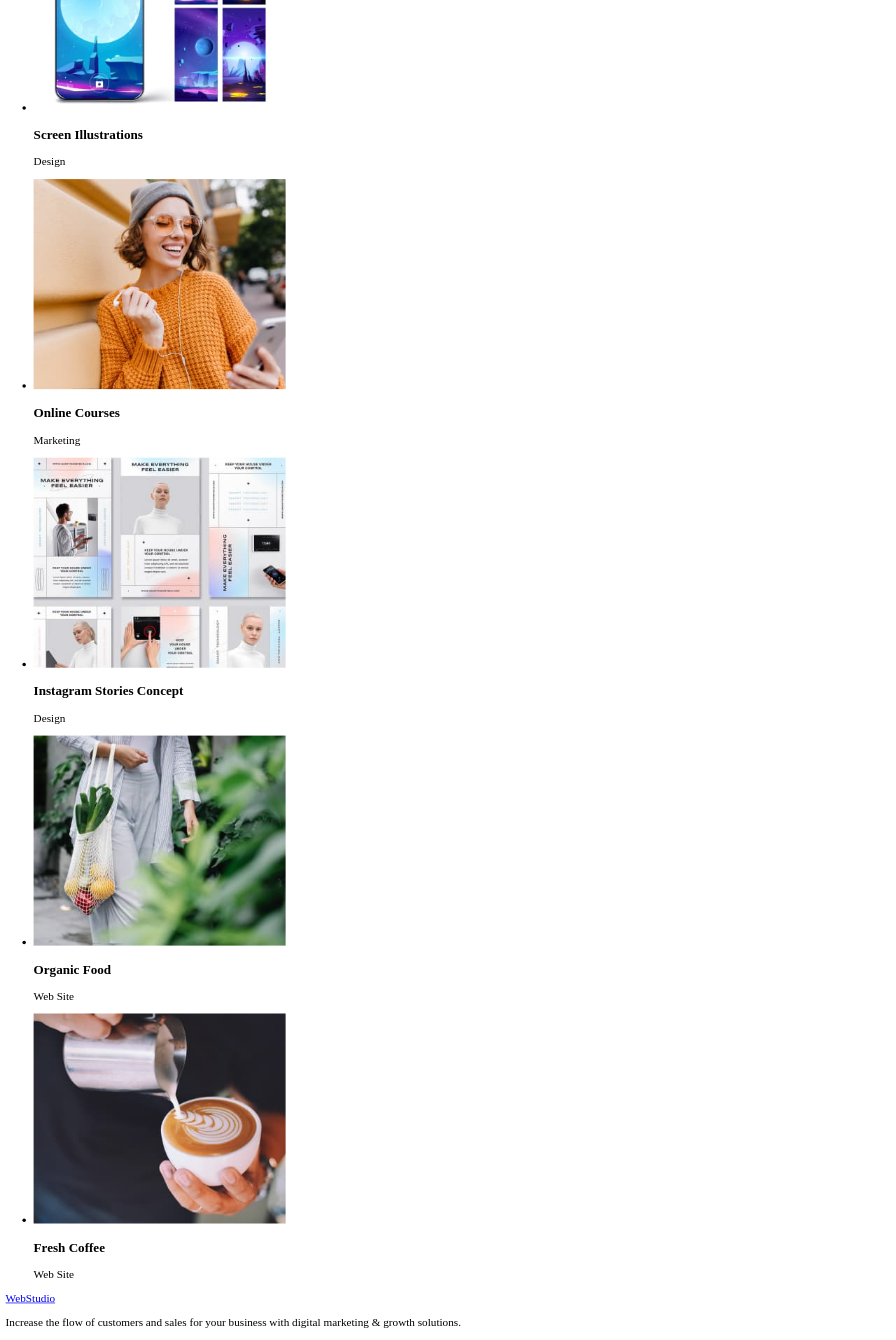
Repository: GrishchenkoNataliya/goit-markup-hw-02
Page: portfolio/portfolio.html
An editor plug-in stored every save of this project. The page is shown before and after the next save, followed by the edit.
The browser window is 1280 px wide. The pictures show the part of the page from y = 2037 to 3957 px (the page is 3951 px tall before and 3957 px after), at 70% of full size.

Above is the page before, as saved 2023-03-04 12:09:46.

After the next save:
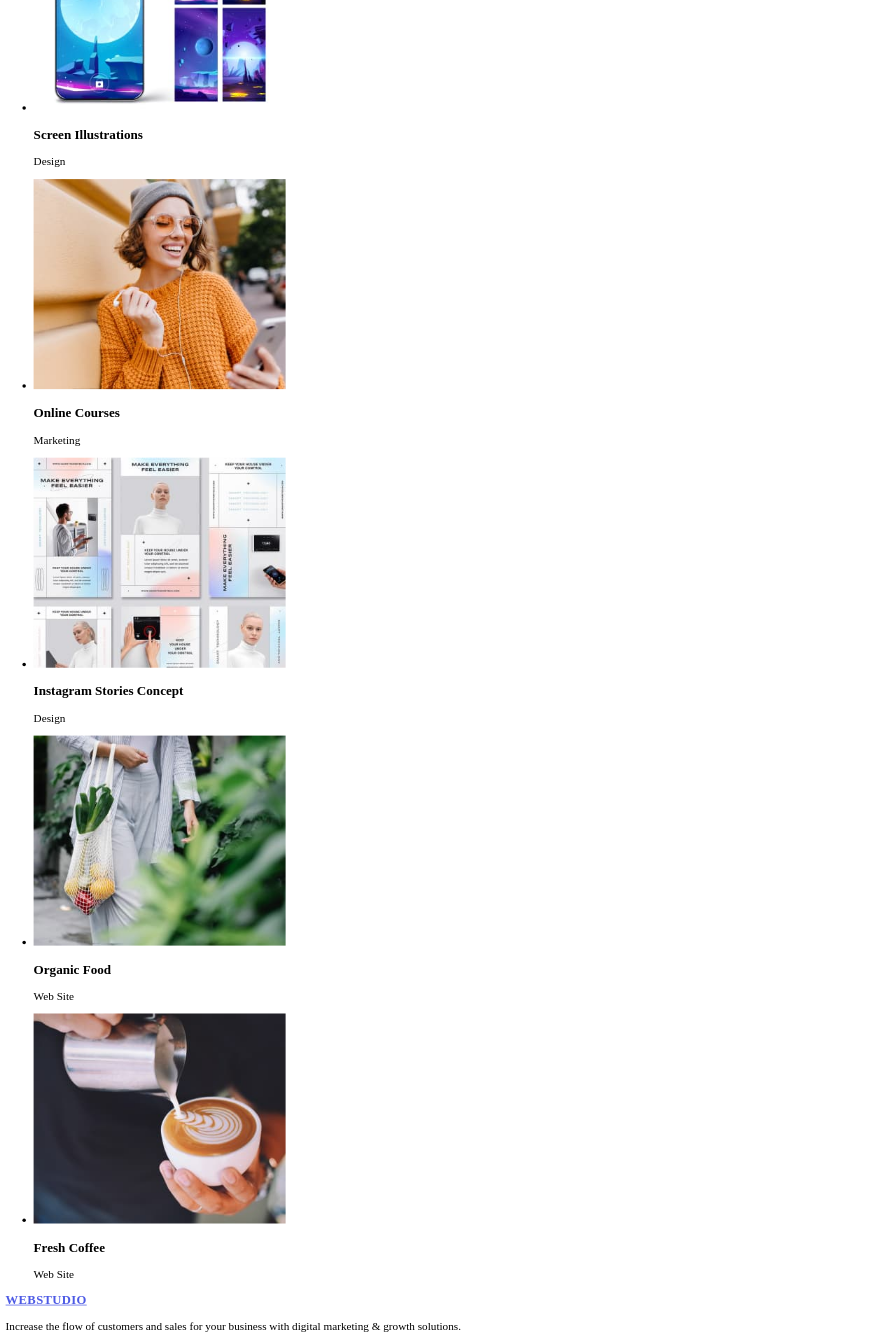
Saved 64 s later.
--- a/portfolio/portfolio.html
+++ b/portfolio/portfolio.html
@@ -134,10 +134,10 @@
 
       </section>
     </main>
-    <footer>
-      <a href="../index.html">WebStudio</a>
+    <footer class="footer">
+      <a class="header-logo" href="./index.html">WebStudio</a>
 
-      <p>
+      <p class="footer-text">
         Increase the flow of customers and sales for your business with digital
         marketing & growth solutions.
       </p>
